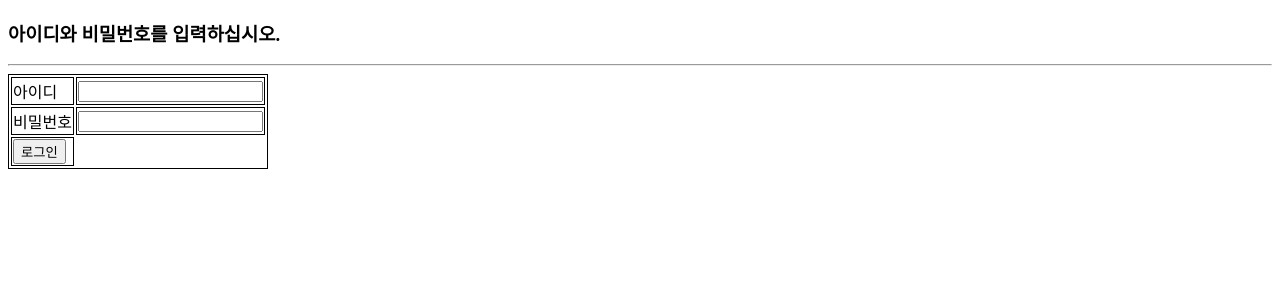
Repository: Gabintree/JDBC2019
Page: http://localhost/Oracle_20190522/chap10_login.jsp
These files come from the project's save history. The page is drawn as it stood at one moment and after the next save; the edit follows.
The browser window is 1280 px wide. The pictures show the whole page.
The page is served by Tomcat 9.

Above is the page before, as saved 2019-05-23 05:31:35.

After the next save:
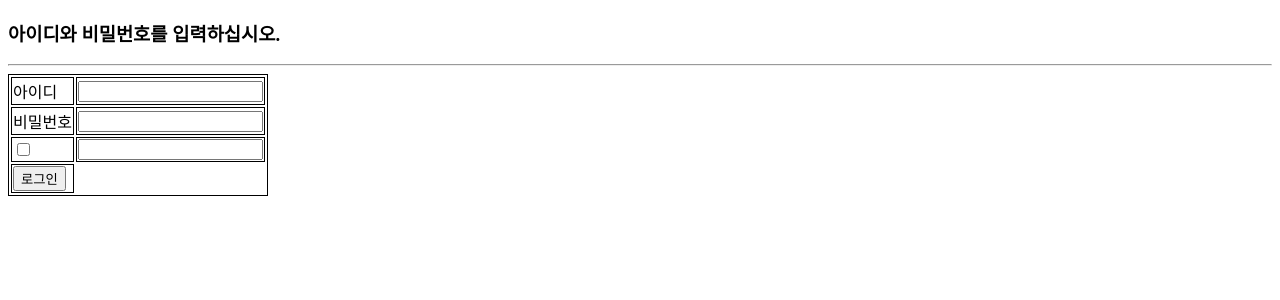
Saved 48 s later.
--- a/Oracle_20190522/WebContent/chap10_login.jsp
+++ b/Oracle_20190522/WebContent/chap10_login.jsp
@@ -26,6 +26,10 @@ border : 1px solid black;
 		<td>비밀번호</td><td><input type ="password" name="pw"></td>
 		</tr>
 		<tr>
+		<td><input type="checkbox" value ="아이디저장"></td><td><input type ="password" name="pw"></td>
+
+		</tr>
+		<tr>
 		<td><input type="submit" value="로그인"></td>
 		</tr>
 
